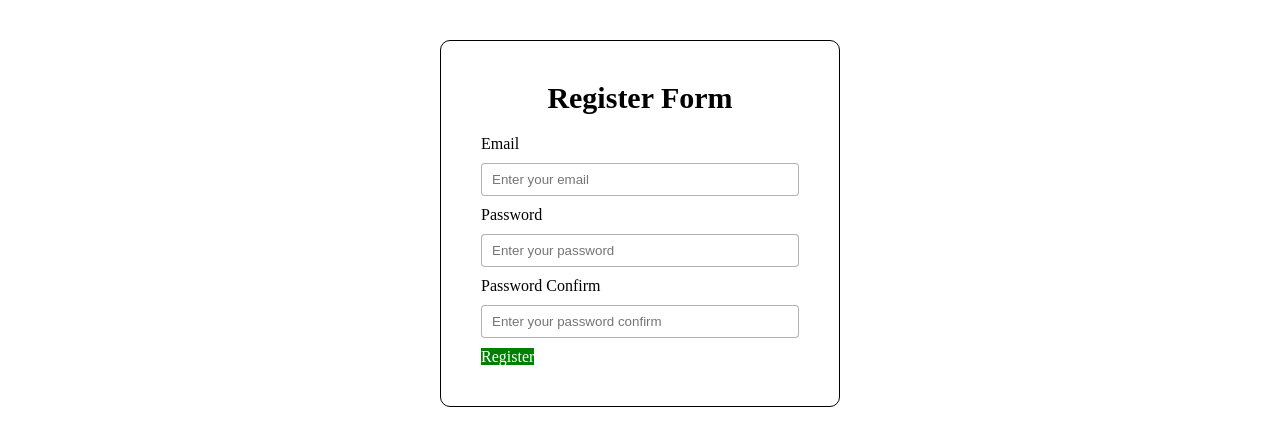
Repository: nptg3105/Register-form
Page: index.html
These files come from the project's save history. The page is drawn as it stood at one moment and after the next save; the edit follows.
The browser window is 1280 px wide. The pictures show the whole page.
Some web libraries are served in a nearby version.

Above is the page before, as saved 2022-01-05 21:58:45.

### index.html
<!DOCTYPE html>
<html lang="en">
  <head>
    <meta charset="UTF-8" />
    <meta http-equiv="X-UA-Compatible" content="IE=edge" />
    <meta name="viewport" content="width=device-width, initial-scale=1.0" />
    <title>Document</title>
    <link rel="stylesheet" href="style.css" />
  </head>
  <body>
    <div id="register-form"></div>

    <script
      src="https://unpkg.com/react@17/umd/react.production.min.js"
      crossorigin
    ></script>
    <script
      src="https://unpkg.com/react-dom@17/umd/react-dom.production.min.js"
      crossorigin
    ></script>
    <script src="https://unpkg.com/babel-standalone@6/babel.min.js"></script>
    <script type="text/babel" src="main.js"></script>
  </body>
</html>

### style.css
* {
  box-sizing: border-box;
  margin: 0;
  padding: 0;
}
.register {
  background-color: #fff;
  max-width: 400px;
  margin: 40px auto;
  padding: 40px;
  border: 1px solid #000;
  border-radius: 10px;
}
.title {
  text-align: center;
  font-weight: bold;
  font-size: 30px;
  margin-bottom: 20px;
}
#email,
#password,
#password-confirm {
  margin: 10px 0;
  width: 100%;
  padding: 8px 50px 8px 10px;
  border-radius: 4px;
  border: 1px solid rgba(0, 0, 0, 0.3);
}
.btn {
  text-decoration: none;
  background-color: #008000;
  text-align: center;
  color: white;
  min-width: 400px;
}

### main.js
const registerForm = document.querySelector("#register-form");
const form = (
  <div className="register">
    <h2 className="title">Register Form</h2>
    <form>
      <label for="email">Email</label>
      <br />
      <input
        placeholder="Enter your email"
        type="email"
        id="email"
        name="mail"
      />
      <br />
      <label for="password">Password</label>
      <br />
      <input
        placeholder="Enter your password"
        type="password"
        id="password"
        name="pass"
      />
      <br />
      <label for="password-confirm">Password Confirm</label>
      <br />
      <input
        placeholder="Enter your password confirm"
        type="password"
        id="password-confirm"
        name="pass-confirm"
      />
    </form>
    <a href="#" className="btn">
      Register
    </a>
  </div>
);
ReactDOM.render(form, registerForm);

After the next save:
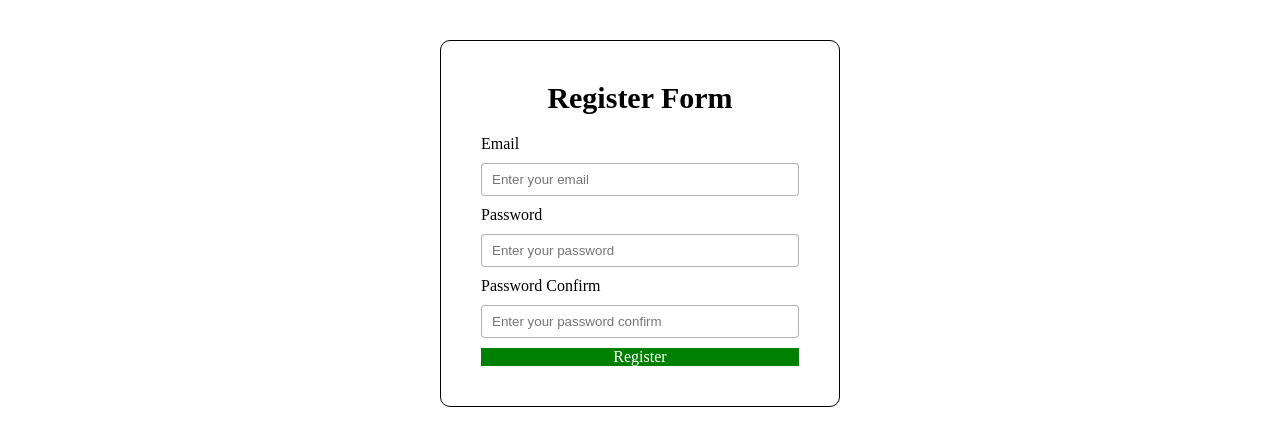
Saved 9 s later.
--- a/style.css
+++ b/style.css
@@ -31,5 +31,6 @@
   background-color: #008000;
   text-align: center;
   color: white;
-  min-width: 400px;
+  width: 100%;
+  display: block;
 }
